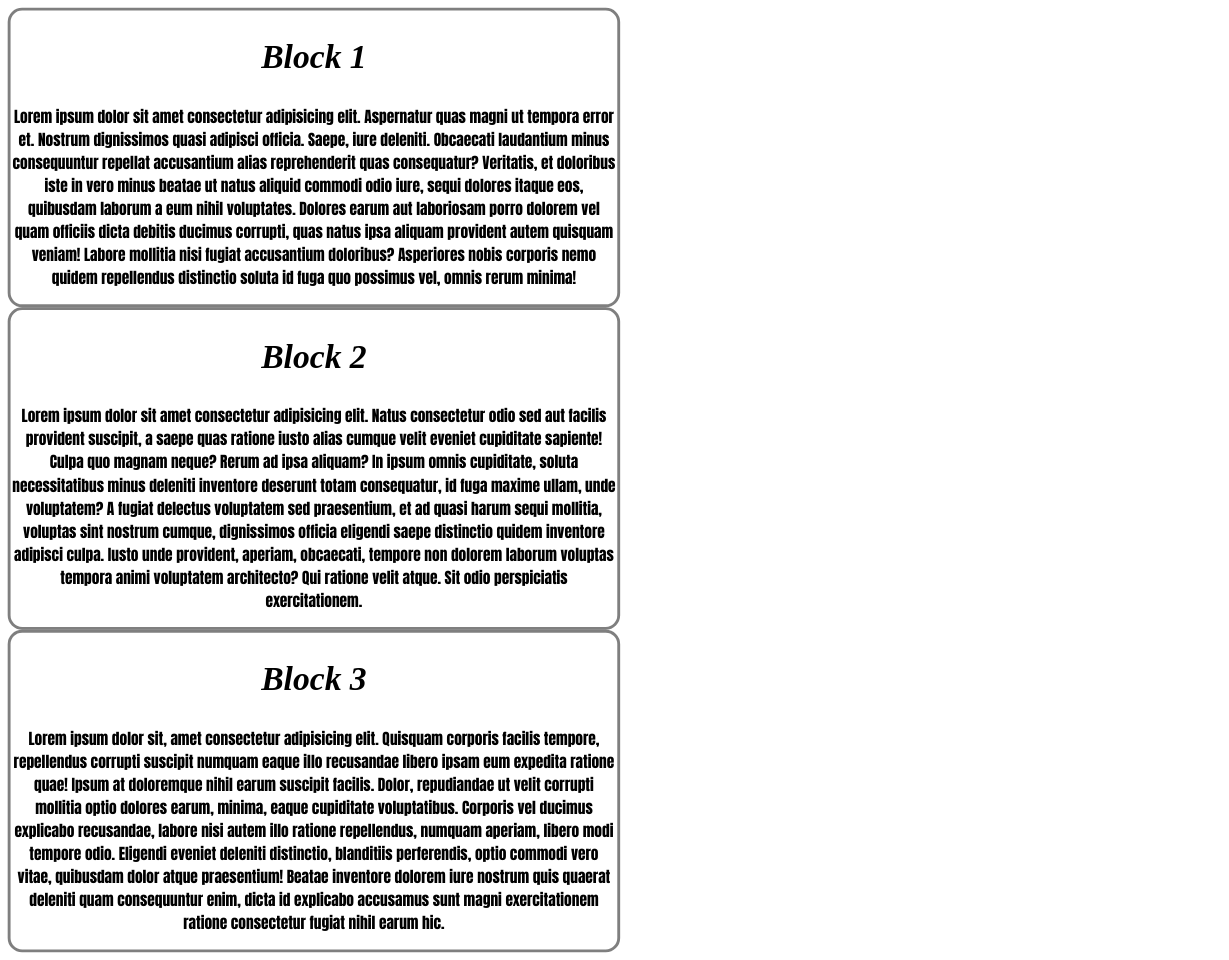
Repository: archangel88/elbrus_homework
Page: phase-0/week-3/day-3/css-fonts/index.html
The author's editor kept a copy of each file at every save. The page is drawn from the files as they stood at one save, then again after the next save.
The browser window is 1280 px wide. The pictures show the whole page, at 96% of full size.

Above is the page before, as saved 2025-10-08 22:35:08.

### phase-0/week-3/day-3/css-fonts/index.html
<!DOCTYPE html>
<html lang="en">
<head>
    <meta charset="UTF-8">
    <meta name="viewport" content="width=device-width, initial-scale=1.0">
    <title>Document</title>
    <link rel="preconnect" href="https://fonts.googleapis.com">
<link rel="preconnect" href="https://fonts.gstatic.com" crossorigin>
<link href="https://fonts.googleapis.com/css2?family=IBM+Plex+Mono:ital,wght@0,100;0,200;0,300;0,400;0,500;0,600;0,700;1,100;1,200;1,300;1,400;1,500;1,600;1,700&display=swap" rel="stylesheet">
    <link rel="stylesheet" href="./style.css" />
</head>
<body>
   <div>
    <h2>
        Block 1
    </h2>
    <p>
        Lorem ipsum dolor sit amet consectetur adipisicing elit. Aspernatur quas magni ut tempora error et. Nostrum dignissimos quasi adipisci officia. Saepe, iure deleniti. Obcaecati laudantium minus consequuntur repellat accusantium alias reprehenderit quas consequatur? Veritatis, et doloribus iste in vero minus beatae ut natus aliquid commodi odio iure, sequi dolores itaque eos, quibusdam laborum a eum nihil voluptates. Dolores earum aut laboriosam porro dolorem vel quam officiis dicta debitis ducimus corrupti, quas natus ipsa aliquam provident autem quisquam veniam! Labore mollitia nisi fugiat accusantium doloribus? Asperiores nobis corporis nemo quidem repellendus distinctio soluta id fuga quo possimus vel, omnis rerum minima!
    </p>
   </div>
   <div>
    <h2>
        Block 2
    </h2>
    <p>
        Lorem ipsum dolor sit amet consectetur adipisicing elit. Natus consectetur odio sed aut facilis provident suscipit, a saepe quas ratione iusto alias cumque velit eveniet cupiditate sapiente! Culpa quo magnam neque? Rerum ad ipsa aliquam? In ipsum omnis cupiditate, soluta necessitatibus minus deleniti inventore deserunt totam consequatur, id fuga maxime ullam, unde voluptatem? A fugiat delectus voluptatem sed praesentium, et ad quasi harum sequi mollitia, voluptas sint nostrum cumque, dignissimos officia eligendi saepe distinctio quidem inventore adipisci culpa. Iusto unde provident, aperiam, obcaecati, tempore non dolorem laborum voluptas tempora animi voluptatem architecto? Qui ratione velit atque. Sit odio perspiciatis exercitationem.</p>
   </div>
   <div>
    <h2>
        Block 3
    </h2>
    <p>
        Lorem ipsum dolor sit, amet consectetur adipisicing elit. Quisquam corporis facilis tempore, repellendus corrupti suscipit numquam eaque illo recusandae libero ipsam eum expedita ratione quae! Ipsum at doloremque nihil earum suscipit facilis. Dolor, repudiandae ut velit corrupti mollitia optio dolores earum, minima, eaque cupiditate voluptatibus. Corporis vel ducimus explicabo recusandae, labore nisi autem illo ratione repellendus, numquam aperiam, libero modi tempore odio. Eligendi eveniet deleniti distinctio, blanditiis perferendis, optio commodi vero vitae, quibusdam dolor atque praesentium! Beatae inventore dolorem iure nostrum quis quaerat deleniti quam consequuntur enim, dicta id explicabo accusamus sunt magni exercitationem ratione consectetur fugiat nihil earum hic.
    </p>
   </div>
</body>
</html>

### phase-0/week-3/day-3/css-fonts/style.css
div {
    display: inline-block;
    text-align:center;
    width: 50%;
    border: 3px solid rgb(0,0,0,0.5);
    border-radius: 15px;
    vertical-align: top;
}

h2{
    font-family: IBM, cursive;
    font-weight: 900;
    font-style: oblique;
    font-size: 35px;
}

p{
    font-family: Impact, Haettenschweiler, 'Arial Narrow Bold', sans-serif;
}

After the next save:
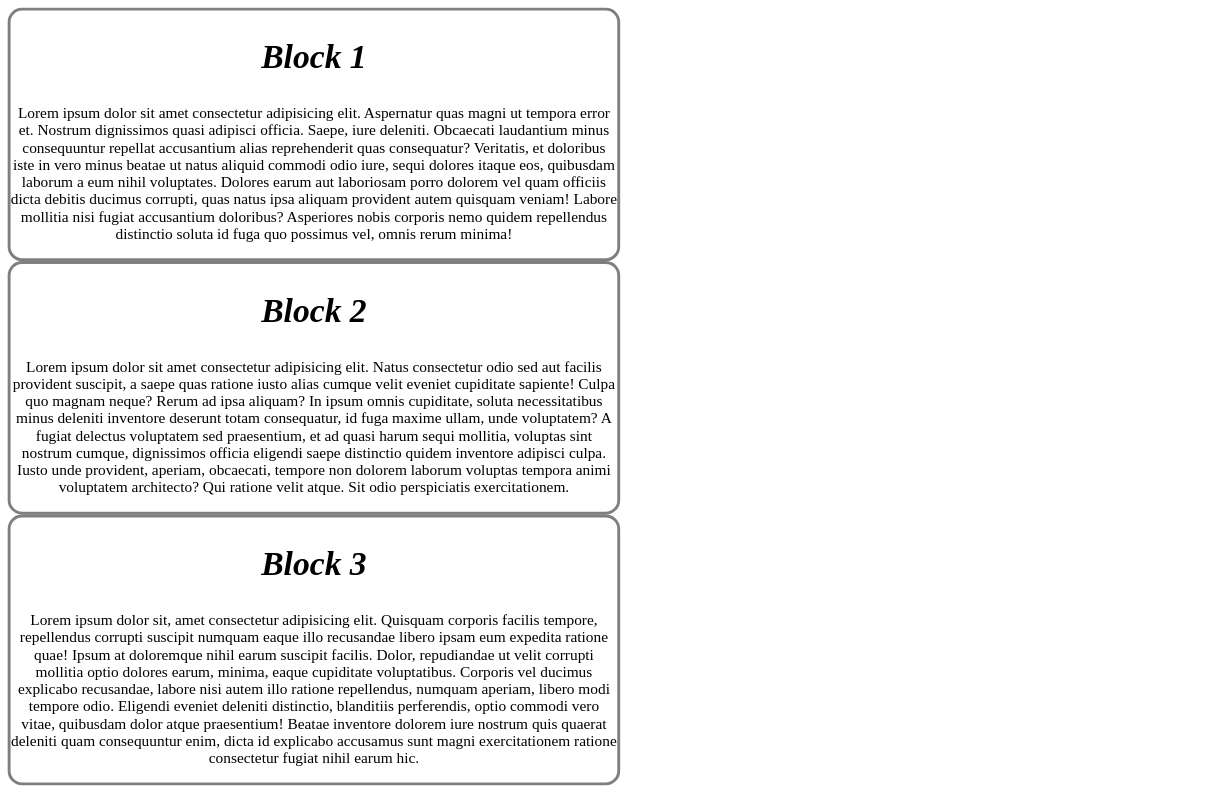
Saved 2 min 46 s later.
--- a/phase-0/week-3/day-3/css-fonts/style.css
+++ b/phase-0/week-3/day-3/css-fonts/style.css
@@ -15,5 +15,5 @@ h2{
 }
 
 p{
-    font-family: Impact, Haettenschweiler, 'Arial Narrow Bold', sans-serif;
+    font-family: IBM;
 }
